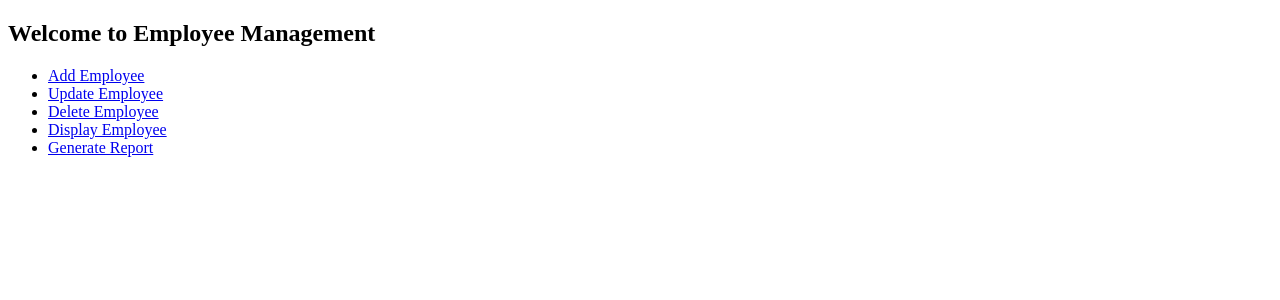
Repository: KUSUMA-74/Advance-JavaProject
Page: http://localhost/EmployeeWebApp/
An editor plug-in stored every save of this project. The page is shown before and after the next save, followed by the edit.
The browser window is 1280 px wide. The pictures show the whole page.
The page is served by Tomcat 9.

Above is the page before, as saved 2025-05-28 17:56:25.

After the next save:
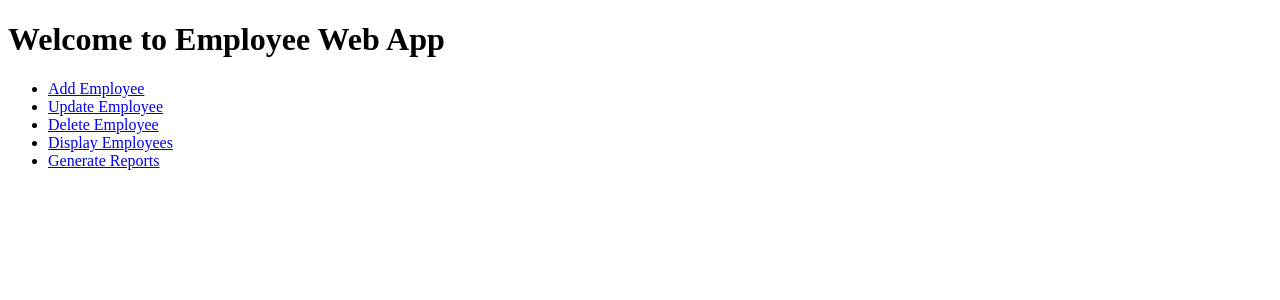
Saved 6 min 28 s later.
--- a/EmployeeWebApp/src/main/webapp/index.jsp
+++ b/EmployeeWebApp/src/main/webapp/index.jsp
@@ -1,16 +1,19 @@
 <!DOCTYPE html>
 <html>
 <head>
-    <title>Employee Management System</title>
+    <title>Employee Web App - Home</title>
 </head>
 <body>
-    <h2>Welcome to Employee Management</h2>
-    <ul>
-        <li><a href="empadd.jsp">Add Employee</a></li>
-        <li><a href="empupdate.jsp">Update Employee</a></li>
-        <li><a href="empdelete.jsp">Delete Employee</a></li>
-        <li><a href="empdisplay.jsp">Display Employee</a></li>
-        <li><a href="report_form.jsp">Generate Report</a></li>
-    </ul>
+
+<h1>Welcome to Employee Web App</h1>
+
+<ul>
+    <li><a href="empadd.jsp">Add Employee</a></li>
+    <li><a href="empupdate.jsp">Update Employee</a></li>
+    <li><a href="empdelete.jsp">Delete Employee</a></li>
+    <li><a href="empdisplay.jsp">Display Employees</a></li>
+    <li><a href="report_form.jsp">Generate Reports</a></li>
+</ul>
+
 </body>
 </html>
